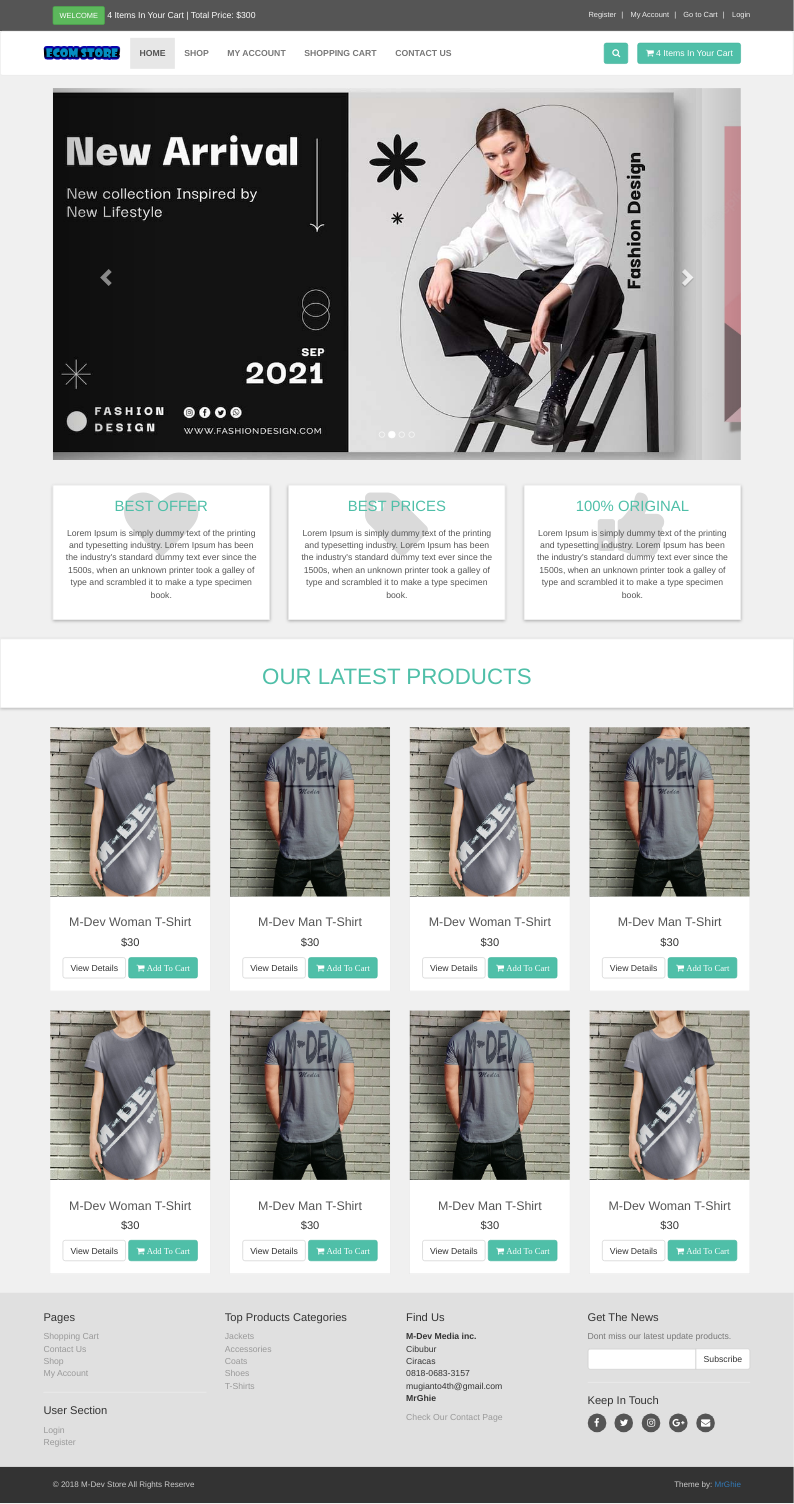
Repository: truonghuynhquy/M_Dev_Store
Page: http://localhost/
The author's editor kept a copy of each file at every save. The page is drawn from the files as they stood at one save, then again after the next save.
The browser window is 1280 px wide. The pictures show the whole page, at 62% of full size.
The page is run by PHP 8.4 with error messages shown; the project is at /var/www/html/.

Above is the page before, as saved 2022-09-25 22:29:42.

### index.php
<!DOCTYPE html>
<html lang="en">

<head>
    <meta charset="UTF-8">
    <meta http-equiv="X-UA-Compatible" content="IE=edge">
    <meta name="viewport" content="width=device-width, initial-scale=1.0">
    <title>M-Dev Shop</title>
    <link rel="stylesheet" href="styles/bootstrap-337.min.css">
    <link rel="stylesheet" href="styles/style.css">
    <link rel="stylesheet" href="font-awsome/css/font-awesome.min.css">
</head>

<body>
    <div id="top">
        <!--  Top:     Begin  -->

        <div class="container">
            <!--  Container:     Begin  -->
            <div class="col-md-6 offer">
                <!--  col-md-6 offer:     Begin  -->
                <a href="#" class="btn btn-success btn-sm">Welcome</a>
                <a href="checkout.php">4 Items In Your Cart | Total Price: $300</a>
            </div><!--  col-md-6:     Finish  -->

            <div class="col md-6">
                <!--  col-md-6:     Begin  -->

                <ul class="menu">
                    <!--  menu:     Begin  -->
                    <li>
                        <a href="customer_register.php">Register</a>
                    </li>
                    <li>
                        <a href="checkout.php">My Account</a>
                    </li>
                    <li>
                        <a href="cart.php">Go to Cart</a>
                    </li>
                    <li>
                        <a href="checkout.php">Login</a>
                    </li>

                </ul><!--  menu:     Finish  -->

            </div><!--  col-md-6:     Finish  -->

        </div><!--  Container:     Finish  -->

    </div><!--  Top:    Finish  -->

    <div id="navbar" class="navbar navbar-default">
        <!--  navbar navbar-default:    Begin  -->

        <div class="container">
            <!--  container:    Begin  -->

            <div class="nav-header">
                <!--  nav-header:    Begin  -->

                <a href="index.php" class="navbar-brand home">
                    <!-- navbar-brand home Begin -->

                    <img src="images/ecom-store-logo.png" alt="M-dev-Store Logo" class="hidden-xs">
                    <img src="images/ecom-store-logo-mobile.png" alt="M-dev-Store Logo Mobile" class="visible-xs">

                </a><!-- navbar-brand home Finish -->

                <button class="navbar-toggle" data-toggle="collapse" data-target="#navigation">

                    <span class="sr-only">Toggle navigation</span>

                    <i class="fa fa-align-justify"></i>

                </button>

                <button class="navbar-toggle" data-toggle="collapse" data-target="#search">

                    <span class="sr-only">Toggle Search</span>

                    <i class="fa fa-search"></i>

                </button>

            </div><!--  nav-header:    Finish  -->

            <div class="collapse navbar-collapse" id="navigation">
                <!-- navbar-collapse collapse Begin -->

                <div class="padding-nav">
                    <!-- padding-nav Begin -->

                    <ul class="nav navbar-nav left">
                        <!-- nav navbar-nav left Begin -->

                        <li class="active">
                            <a href="index.php">Home</a>
                        </li>
                        <li>
                            <a href="shop.php">Shop</a>
                        </li>
                        <li>
                            <a href="checkout.php">My Account</a>
                        </li>
                        <li>
                            <a href="cart.php">Shopping Cart</a>
                        </li>
                        <li>
                            <a href="contact.php">Contact Us</a>
                        </li>

                    </ul><!-- nav navbar-nav left Finish -->

                </div><!-- padding-nav Finish -->

                <a href="cart.php" class="btn navbar-btn btn-primary right">

                    <!-- btn navbar-btn btn-primary Begin -->

                    <i class="fa fa-shopping-cart"></i>

                    <span>4 Items In Your Cart</span>

                </a><!-- btn navbar-btn btn-primary Finish -->

                <div class="navbar-collapse collapse right">
                    <!-- navbar-collapse collapse right Begin -->

                    <button class="btn btn-primary navbar-btn" type="button" data-toggle="collapse" data-target="#search">
                        <!-- btn btn-primary navbar-btn Begin -->

                        <span class="sr-only">Toggle Search</span>

                        <i class="fa fa-search"></i>

                </div><!-- navbar-collapse collapse right Finish -->

                <div class="collapse clearfix" id="search">
                    <!-- collapse clearfix Begin -->

                    <form method="get" action="results.php" class="navbar-form">
                        <!-- navbar-form Begin -->

                        <div class="input-group">
                            <!-- input-group Begin -->

                            <input type="text" class="form-control" placeholder="Search" name="user_query" required>

                            <span class="input-group-btn">
                                <!-- input-group-btn Begin -->

                                <button type="submit" name="search" value="Search" class="btn btn-primary">
                                    <!-- btn btn-primary Begin -->

                                    <i class="fa fa-search"></i>

                                </button><!-- btn btn-primary Finish -->

                            </span><!-- input-group-btn Finish -->

                        </div><!-- input-group Finish -->

                    </form><!-- navbar-form Finish -->

                </div><!-- collapse clearfix Finish -->

            </div><!-- navbar-collapse collapse Finish -->

        </div><!--  container:    Finish  -->

    </div><!--  navbar navbar-default:    Finish  -->

    <div class="container" id="slider">
        <!-- container Begin -->

        <div class="col-md-12">
            <!-- col-md-12 Begin -->

            <div class="carousel slide" id="myCarousel" data-ride="carousel">
                <!-- carousel slide Begin -->

                <ol class="carousel-indicators">
                    <!-- carousel-indicators Begin -->

                    <li class="active" data-target="#myCarousel" data-slide-to="0"></li>
                    <li data-target="#myCarousel" data-slide-to="1"></li>
                    <li data-target="#myCarousel" data-slide-to="2"></li>
                    <li data-target="#myCarousel" data-slide-to="3"></li>

                </ol><!-- carousel-indicators Finish -->

                <div class="carousel-inner">
                    <!-- carousel-inner Begin -->

                    <div class="item active">

                        <img src="admin_area/slides_images/slider-1.jpg" alt="Slider Image 1">

                    </div>

                    <div class="item">

                        <img src="admin_area/slides_images/slider-2.jpg" alt="Slider Image 2">

                    </div>

                    <div class="item">

                        <img src="admin_area/slides_images/slider-3.jpg" alt="Slider Image 3">

                    </div>

                    <div class="item">

                        <img src="admin_area/slides_images/slider-4.jpg" alt="Slider Image 4">

                    </div>

                </div><!-- carousel-inner Finish -->

                <a href="#myCarousel" class="left carousel-control" data-slide="prev">
                    <!-- left carousel-control Begin -->

                    <span class="glyphicon glyphicon-chevron-left"></span>
                    <span class="sr-only">Previous</span>

                </a><!-- left carousel-control Finish -->

                <a href="#myCarousel" class="right carousel-control" data-slide="next">
                    <!-- left carousel-control Begin -->

                    <span class="glyphicon glyphicon-chevron-right"></span>
                    <span class="sr-only">Next</span>

                </a><!-- left carousel-control Finish -->

            </div><!-- carousel slide  Finish -->

        </div><!-- col-md-12 Finish -->

    </div><!-- container Finish -->

    <div id="advantages">
        <!-- #advantages Begin -->

        <div class="container">
            <!-- container Begin -->

            <div class="same-height-row">
                <!-- same-height-row Begin -->

                <div class="col-sm-4">
                    <!-- col-sm-4 Begin -->

                    <div class="box same-height">
                        <!-- box same-height Begin -->

                        <div class="icon">
                            <!-- icon Begin -->

                            <i class="fa fa-heart"></i>

                        </div><!-- icon Finish -->

                        <h3><a href="#">Best Offer</a></h3>

                        <p>Lorem Ipsum is simply dummy text of the printing and typesetting industry. Lorem Ipsum has been the industry's standard dummy text ever since the 1500s, when an unknown printer took a galley of type and scrambled it to make a type specimen book. </p>

                    </div><!-- box same-height Finish -->

                </div><!-- col-sm-4 Finish -->

                <div class="col-sm-4">
                    <!-- col-sm-4 Begin -->

                    <div class="box same-height">
                        <!-- box same-height Begin -->

                        <div class="icon">
                            <!-- icon Begin -->

                            <i class="fa fa-tag"></i>

                        </div><!-- icon Finish -->

                        <h3><a href="#">Best Prices</a></h3>

                        <p>Lorem Ipsum is simply dummy text of the printing and typesetting industry. Lorem Ipsum has been the industry's standard dummy text ever since the 1500s, when an unknown printer took a galley of type and scrambled it to make a type specimen book.</p>

                    </div><!-- box same-height Finish -->

                </div><!-- col-sm-4 Finish -->

                <div class="col-sm-4">
                    <!-- col-sm-4 Begin -->

                    <div class="box same-height">
                        <!-- box same-height Begin -->

                        <div class="icon">
                            <!-- icon Begin -->

                            <i class="fa fa-thumbs-up"></i>

                        </div><!-- icon Finish -->

                        <h3><a href="#">100% Original</a></h3>

                        <p>Lorem Ipsum is simply dummy text of the printing and typesetting industry. Lorem Ipsum has been the industry's standard dummy text ever since the 1500s, when an unknown printer took a galley of type and scrambled it to make a type specimen book.</p>

                    </div><!-- box same-height Finish -->

                </div><!-- col-sm-4 Finish -->

            </div><!-- same-height-row Finish -->

        </div><!-- container Finish -->

    </div><!-- #advantages Finish -->

    <div id="hot">
        <!-- #hot Begin -->

        <div class="box">
            <!-- box Begin -->

            <div class="container">
                <!-- container Begin -->

                <div class="col-md-12">
                    <!-- col-md-12 Begin -->

                    <h2>
                        Our Latest Products
                    </h2>

                </div> <!-- col-md-12 Finish -->

            </div> <!-- container Finish -->

        </div> <!-- box Finish -->

    </div><!-- #hot Finish -->

    <div id="content" class="container">
        <!-- container Begin -->

        <div class="row">
            <!-- row Begin -->

            <div class="col-sm-4 col-sm-6 single">
                <!-- col-sm-4 col-sm-6 single Begin -->

                <div class="product">
                    <!-- product Begin -->

                    <a href="details.php">

                        <img src="admin_area/product_images/product-1.jpg" alt="Product 1" class="img-responsive">

                    </a>

                    <div class="text">
                        <!-- text Begin -->

                        <h3>

                            <a href="details.php">
                                M-Dev Woman T-Shirt
                            </a>

                        </h3>

                        <p class="price">$30</p>

                        <p class="button">

                            <a href="details.php" class="btn btn-default">View Details</a>

                            <a href="details.php" class="btn btn-primary">

                                <i class="fa fa-shopping-cart">
                                    Add To Cart
                                </i>

                            </a>

                        </p>

                    </div> <!-- text Finish -->

                </div><!-- product Finish -->

            </div><!-- col-sm-4 col-sm-6 single Finish -->

            <div class="col-sm-4 col-sm-6 single">
                <!-- col-sm-4 col-sm-6 single Begin -->

                <div class="product">
                    <!-- product Begin -->

                    <a href="details.php">

                        <img src="admin_area/product_images/product-2.jpg" alt="Product 2" class="img-responsive">

                    </a>

                    <div class="text">
                        <!-- text Begin -->

                        <h3>

                            <a href="details.php">
                                M-Dev Man T-Shirt
                            </a>

                        </h3>

                        <p class="price">$30</p>

                        <p class="button">

                            <a href="details.php" class="btn btn-default">View Details</a>

                            <a href="details.php" class="btn btn-primary">

                                <i class="fa fa-shopping-cart">
                                    Add To Cart
                                </i>

                            </a>

                        </p>

                    </div> <!-- text Finish -->

                </div><!-- product Finish -->

            </div><!-- col-sm-4 col-sm-6 single Finish -->

            <div class="col-sm-4 col-sm-6 single">
                <!-- col-sm-4 col-sm-6 single Begin -->

                <div class="product">
                    <!-- product Begin -->

                    <a href="details.php">

                        <img src="admin_area/product_images/product-1.jpg" alt="Product 1" class="img-responsive">

                    </a>

                    <div class="text">
                        <!-- text Begin -->

                        <h3>

                            <a href="details.php">
                                M-Dev Woman T-Shirt
                            </a>

                        </h3>

                        <p class="price">$30</p>

                        <p class="button">

                            <a href="details.php" class="btn btn-default">View Details</a>

                            <a href="details.php" class="btn btn-primary">

                                <i class="fa fa-shopping-cart">
                                    Add To Cart
                                </i>

                            </a>

                        </p>

                    </div> <!-- text Finish -->

                </div><!-- product Finish -->

            </div><!-- col-sm-4 col-sm-6 single Finish -->

            <div class="col-sm-4 col-sm-6 single">
                <!-- col-sm-4 col-sm-6 single Begin -->

                <div class="product">
                    <!-- product Begin -->

                    <a href="details.php">

                        <img src="admin_area/product_images/product-2.jpg" alt="Product 2" class="img-responsive">

                    </a>

                    <div class="text">
                        <!-- text Begin -->

                        <h3>

                            <a href="details.php">
                                M-Dev Man T-Shirt
                            </a>

                        </h3>

                        <p class="price">$30</p>

                        <p class="button">

                            <a href="details.php" class="btn btn-default">View Details</a>

                            <a href="details.php" class="btn btn-primary">

                                <i class="fa fa-shopping-cart">
                                    Add To Cart
                                </i>

                            </a>

                        </p>

                    </div> <!-- text Finish -->

                </div><!-- product Finish -->

            </div><!-- col-sm-4 col-sm-6 single Finish -->

            <div class="col-sm-4 col-sm-6 single">
                <!-- col-sm-4 col-sm-6 single Begin -->

                <div class="product">
                    <!-- product Begin -->

                    <a href="details.php">

                        <img src="admin_area/product_images/product-1.jpg" alt="Product 1" class="img-responsive">

                    </a>

                    <div class="text">
                        <!-- text Begin -->

                        <h3>

                            <a href="details.php">
                                M-Dev Woman T-Shirt
                            </a>

                        </h3>

                        <p class="price">$30</p>

                        <p class="button">

                            <a href="details.php" class="btn btn-default">View Details</a>

                            <a href="details.php" class="btn btn-primary">

                                <i class="fa fa-shopping-cart">
                                    Add To Cart
                                </i>

                            </a>

                        </p>

                    </div> <!-- text Finish -->

                </div><!-- product Finish -->

            </div><!-- col-sm-4 col-sm-6 single Finish -->

            <div class="col-sm-4 col-sm-6 single">
                <!-- col-sm-4 col-sm-6 single Begin -->

                <div class="product">
                    <!-- product Begin -->

                    <a href="details.php">

                        <img src="admin_area/product_images/product-2.jpg" alt="Product 2" class="img-responsive">

                    </a>

                    <div class="text">
                        <!-- text Begin -->

                        <h3>

                            <a href="details.php">
                                M-Dev Man T-Shirt
                            </a>

                        </h3>

                        <p class="price">$30</p>

                        <p class="button">

                            <a href="details.php" class="btn btn-default">View Details</a>

                            <a href="details.php" class="btn btn-primary">

                                <i class="fa fa-shopping-cart">
                                    Add To Cart
                                </i>

                            </a>

                        </p>

                    </div> <!-- text Finish -->

                </div><!-- product Finish -->

            </div><!-- col-sm-4 col-sm-6 single Finish -->

            <div class="col-sm-4 col-sm-6 single">
                <!-- col-sm-4 col-sm-6 single Begin -->

                <div class="product">
                    <!-- product Begin -->

                    <a href="details.php">

                        <img src="admin_area/product_images/product-2.jpg" alt="Product 2" class="img-responsive">

                    </a>

                    <div class="text">
                        <!-- text Begin -->

                        <h3>

                            <a href="details.php">
                                M-Dev Man T-Shirt
                            </a>

                        </h3>

                        <p class="price">$30</p>

                        <p class="button">

                            <a href="details.php" class="btn btn-default">View Details</a>

                            <a href="details.php" class="btn btn-primary">

                                <i class="fa fa-shopping-cart">
                                    Add To Cart
                                </i>

                            </a>

                        </p>

                    </div> <!-- text Finish -->

                </div><!-- product Finish -->

            </div><!-- col-sm-4 col-sm-6 single Finish -->

            <div class="col-sm-4 col-sm-6 single">
                <!-- col-sm-4 col-sm-6 single Begin -->

                <div class="product">
                    <!-- product Begin -->

                    <a href="details.php">

                        <img src="admin_area/product_images/product-1.jpg" alt="Product 1" class="img-responsive">

                    </a>

                    <div class="text">
                        <!-- text Begin -->

                        <h3>

                            <a href="details.php">
                                M-Dev Woman T-Shirt
                            </a>

                        </h3>

                        <p class="price">$30</p>

                        <p class="button">

                            <a href="details.php" class="btn btn-default">View Details</a>

                            <a href="details.php" class="btn btn-primary">

                                <i class="fa fa-shopping-cart">
                                    Add To Cart
                                </i>

                            </a>

                        </p>

                    </div> <!-- text Finish -->

                </div><!-- product Finish -->

            </div><!-- col-sm-4 col-sm-6 single Finish -->

        </div> <!-- row Finish -->

    </div><!-- container Finish -->

    <?php

    include 'includes/footer.php';

    ?>

    <script src="js/jquery-331.min.js"></script>
    <script src="js/bootstrap-337.min.js"></script>


</body>

</html>

Loaded but not shown: styles/bootstrap-337.min.css (library); font-awsome/css/font-awesome.min.css (library); js/jquery-331.min.js (library); js/bootstrap-337.min.js (library); styles/style.css (312 lines, source omitted); includes/footer.php (146 lines, source omitted)

After the next save:
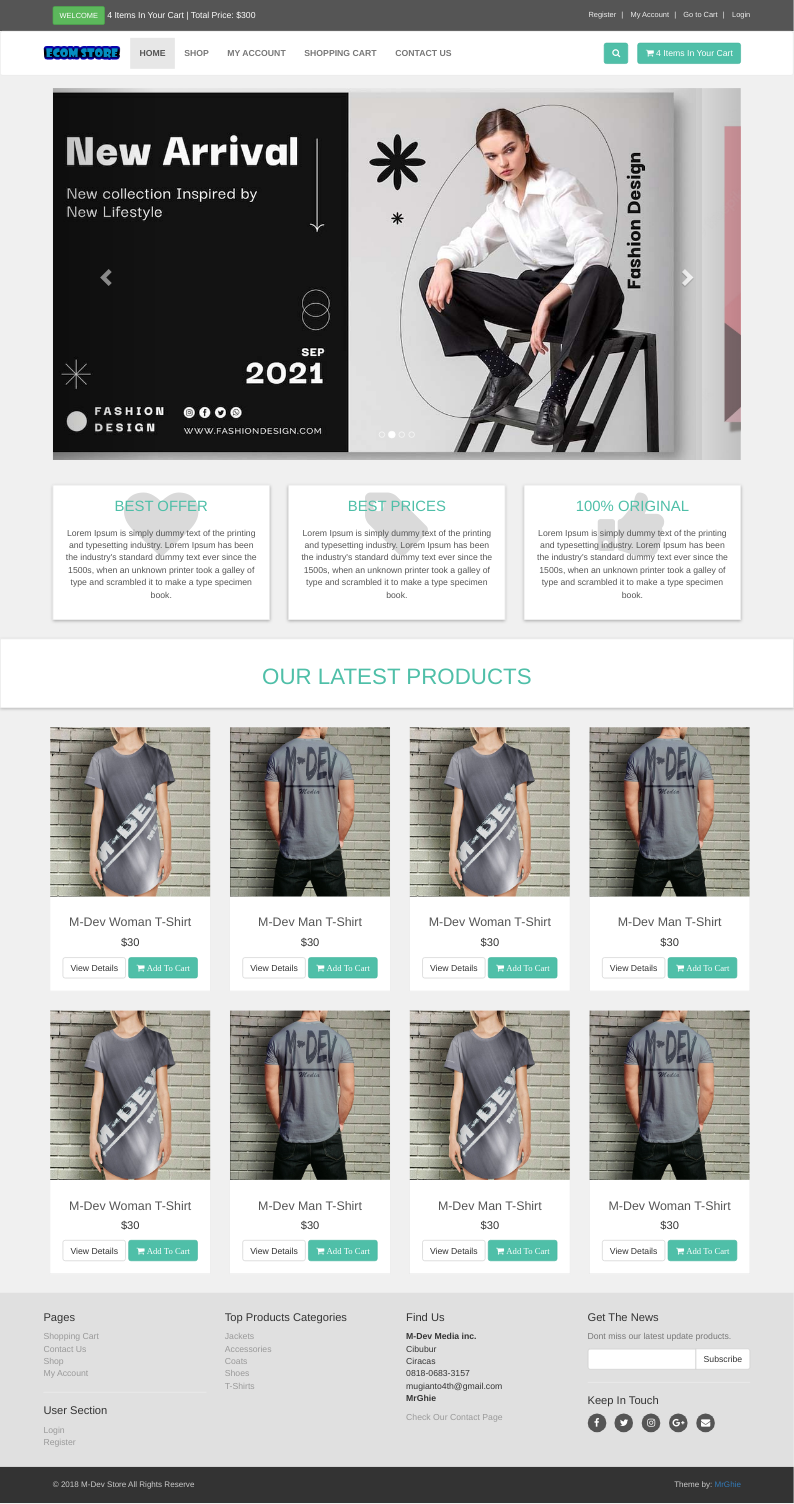
Saved 51 s later.
--- a/index.php
+++ b/index.php
@@ -626,7 +626,7 @@
 
                     <a href="details.php">
 
-                        <img src="admin_area/product_images/product-2.jpg" alt="Product 2" class="img-responsive">
+                        <img src="admin_area/product_images/product-1.jpg" alt="Product 1" class="img-responsive">
 
                     </a>
 
@@ -671,7 +671,7 @@
 
                     <a href="details.php">
 
-                        <img src="admin_area/product_images/product-1.jpg" alt="Product 1" class="img-responsive">
+                        <img src="admin_area/product_images/product-2.jpg" alt="Product 2" class="img-responsive">
 
                     </a>
 
